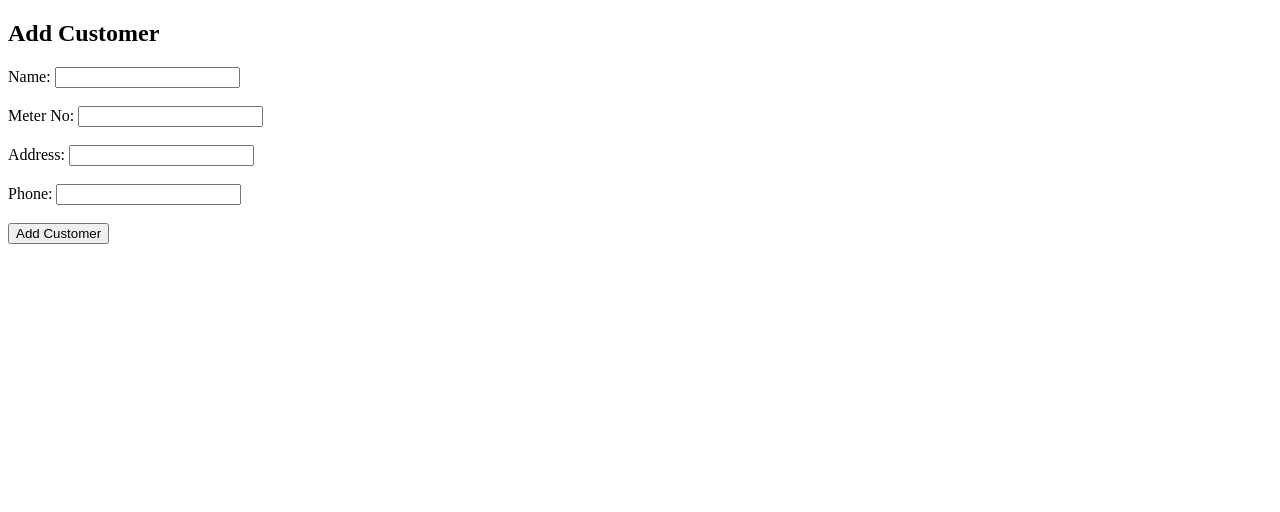
Repository: sasidhar1029/LocalFiles
Page: http://localhost/Electricity_Billing_System/addCustomer.jsp
The author's editor kept a copy of each file at every save. The page is drawn from the files as they stood at one save, then again after the next save.
The browser window is 1280 px wide. The pictures show the whole page.
The page is served by Tomcat 10.

Above is the page before, as saved 2026-02-25 07:18:56.

After the next save:
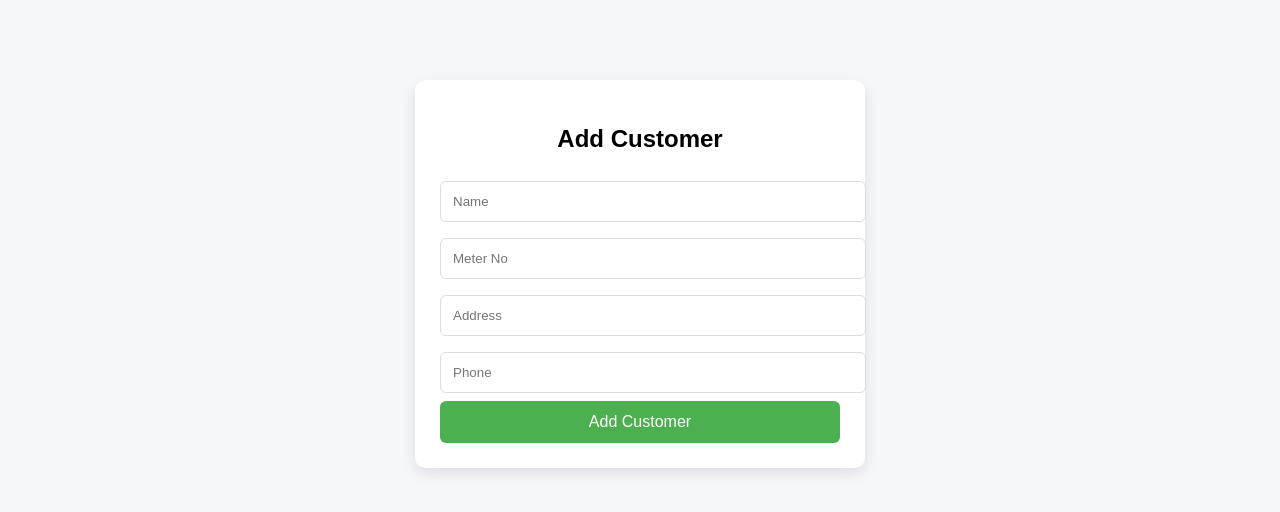
Saved 101 s later.
--- a/Electricity_Billing_System/src/main/webapp/addCustomer.jsp
+++ b/Electricity_Billing_System/src/main/webapp/addCustomer.jsp
@@ -1,32 +1,84 @@
 <%@ page language="java" contentType="text/html; charset=UTF-8"
 pageEncoding="UTF-8"%>
+
 <!DOCTYPE html>
+
 <html>
 <head>
 <meta charset="UTF-8">
 <title>Add Customer</title>
+
+<style>
+body{
+    font-family:Arial;
+    background:#f5f7fa;
+}
+.card{
+    width:400px;
+    margin:80px auto;
+    background:#fff;
+    padding:25px;
+    border-radius:10px;
+    box-shadow:0 5px 15px rgba(0,0,0,0.1);
+}
+h2{text-align:center;}
+
+input{
+    width:100%;
+    padding:12px;
+    margin:8px 0;
+    border:1px solid #ddd;
+    border-radius:6px;
+}
+
+button{
+    width:100%;
+    padding:12px;
+    border:none;
+    border-radius:6px;
+    background:#4CAF50;
+    color:#fff;
+    font-size:16px;
+}
+
+.success{
+    background:#e8f5e9;
+    color:#2e7d32;
+    padding:10px;
+    border-radius:6px;
+    text-align:center;
+    margin-bottom:10px;
+}
+</style>
+
 </head>
 <body>
 
+<div class="card">
+
 <h2>Add Customer</h2>
+
+<%
+if(request.getParameter("success")!=null){
+%>
+
+<div class="success">Customer added successfully ✅</div>
+<%
+}
+%>
 
 <form action="addCustomer" method="post">
 
-Name:
-<input name="name" required><br><br>
-
-Meter No:
-<input name="meter" required><br><br>
-
-Address:
-<input name="address" required><br><br>
-
-Phone:
-<input name="phone" required><br><br>
+<input name="name" placeholder="Name" required>
+<input name="meter" placeholder="Meter No" required>
+<input name="address" placeholder="Address" required>
+<input name="phone" placeholder="Phone" required>
 
 <button type="submit">Add Customer</button>
 
 </form>
 
+</div>
+
 </body>
 </html>
